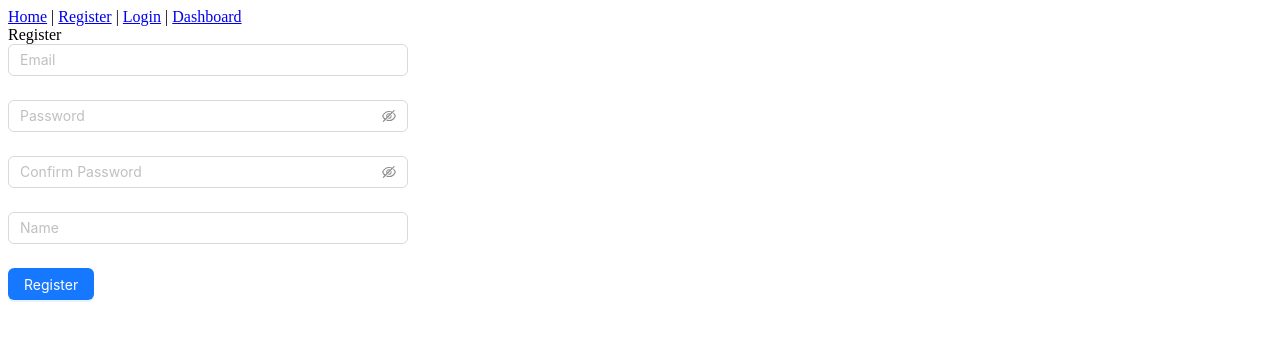
Repository: shaynewx/Airbrb
Page: /register (app in frontend/)
The author's editor kept a copy of each file at every save. The page is drawn from the files as they stood at one save, then again after a run of saves.
The browser window is 1280 px wide. The pictures show the whole page.
The project was rebuilt for these pictures with package versions that can differ from the ones it lists, and the page was loaded fresh each time. Also part of the build but not shown: frontend/src/components/Home.jsx, frontend/src/components/form/apiService.jsx, frontend/src/components/form/LoginForm.jsx, frontend/src/components/Login.jsx, frontend/src/components/Dashboard.jsx.

Above is the page before, as saved 2023-11-07 13:57:38.

After the next 2 saves:
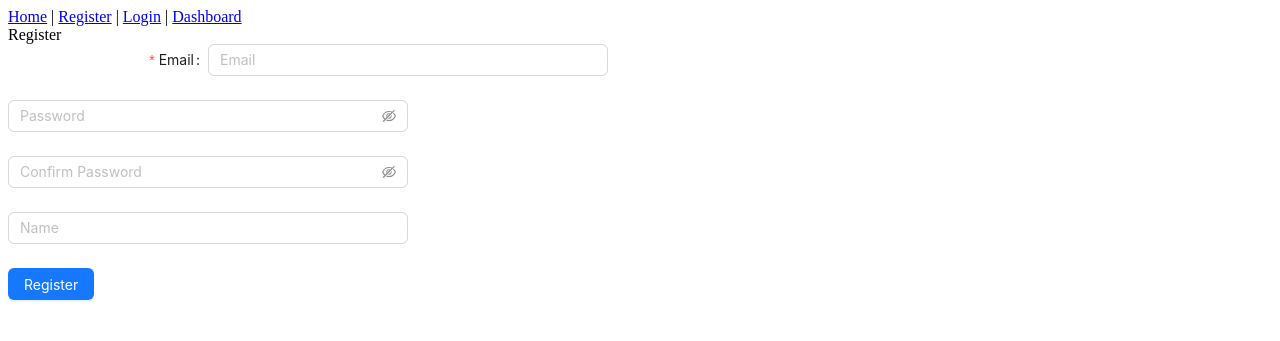
The 2 saves are shown as one change because they came seconds apart.
The last was saved 20 s later.
--- a/frontend/src/components/form/RegisterForm.jsx
+++ b/frontend/src/components/form/RegisterForm.jsx
@@ -175,6 +175,7 @@ const RegisterForm = () => {
       autoComplete="off"
     >
       <Form.Item
+        label="Email"
         name="email"
         rules={[
           { type: 'email', message: 'The input is not a valid E-mail!' },
